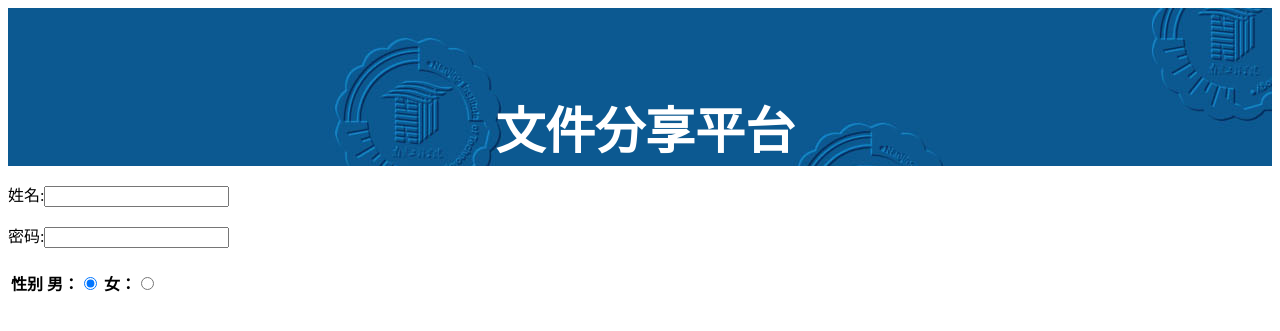
Repository: shunchensaber/Javaweb
Page: http://localhost/Web/Register.jsp
The author's editor kept a copy of each file at every save. The page is drawn from the files as they stood at one save, then again after the next save.
The browser window is 1280 px wide. The pictures show the whole page.
The page is served by Tomcat 9.

Above is the page before, as saved 2019-03-26 15:13:58.

After the next save:
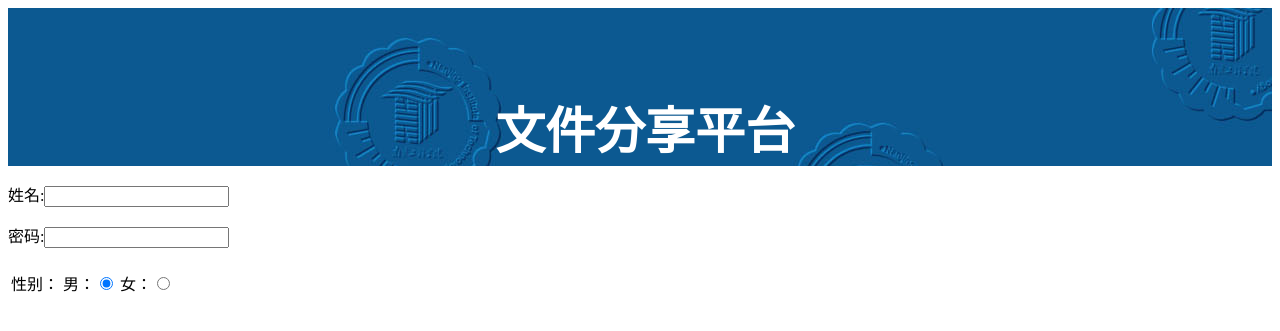
Saved 2 min 53 s later.
--- a/Web/WebContent/Register.jsp
+++ b/Web/WebContent/Register.jsp
@@ -31,11 +31,12 @@ p.a
 	<p>密码:<input type="password" name="userpass"></p>
 	</tr>
 	<tr>
-	<th>
-	性别
-	男：<input type="radio" name="sex" value="male" checked="checked"></th>
-	<th>女：<input type="radio" name="sex" value="female"></th>
+	<td>
+	性别：
+	男：<input type="radio" name="sex" value="male" checked="checked"></td>
+	<td>女：<input type="radio" name="sex" value="female"></td>
 	</tr>
+
 
 	</form>
 	</table>
